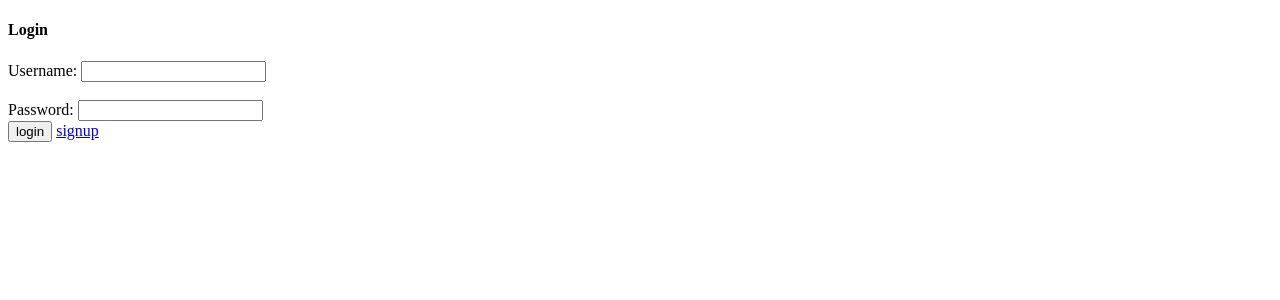
Repository: Ashwini-Tikotekar/servlets
Page: LoginRegistrationApp/WebContent/login.html
An editor plug-in stored every save of this project. The page is shown before and after the next save, followed by the edit.
The browser window is 1280 px wide. The pictures show the whole page.

Above is the page before, as saved 2019-01-29 13:33:44.

After the next save:
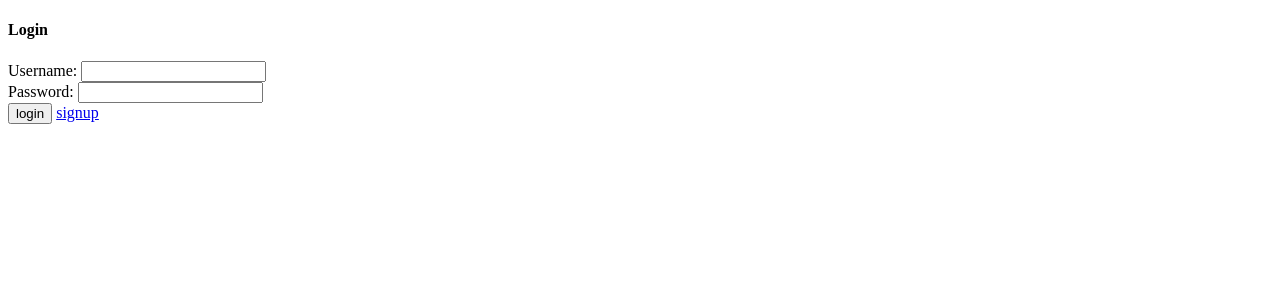
Saved 30 s later.
--- a/LoginRegistrationApp/WebContent/login.html
+++ b/LoginRegistrationApp/WebContent/login.html
@@ -7,9 +7,9 @@
 <body>
 <form action="login" method="post">
 <h4>Login </h4>
-<p5>Username: </p5>
-<input type="text" Username="" name="username" required="required"> </br> </br>
-<p6>Password: </p6>
+Username:
+<input type="text" Username="" name="username" required="required"> </br>
+Password:
 <input type="password" name="password" required="required"> </br>
 <input type="submit" value="login">
 <a href=registration.html>signup</a>
